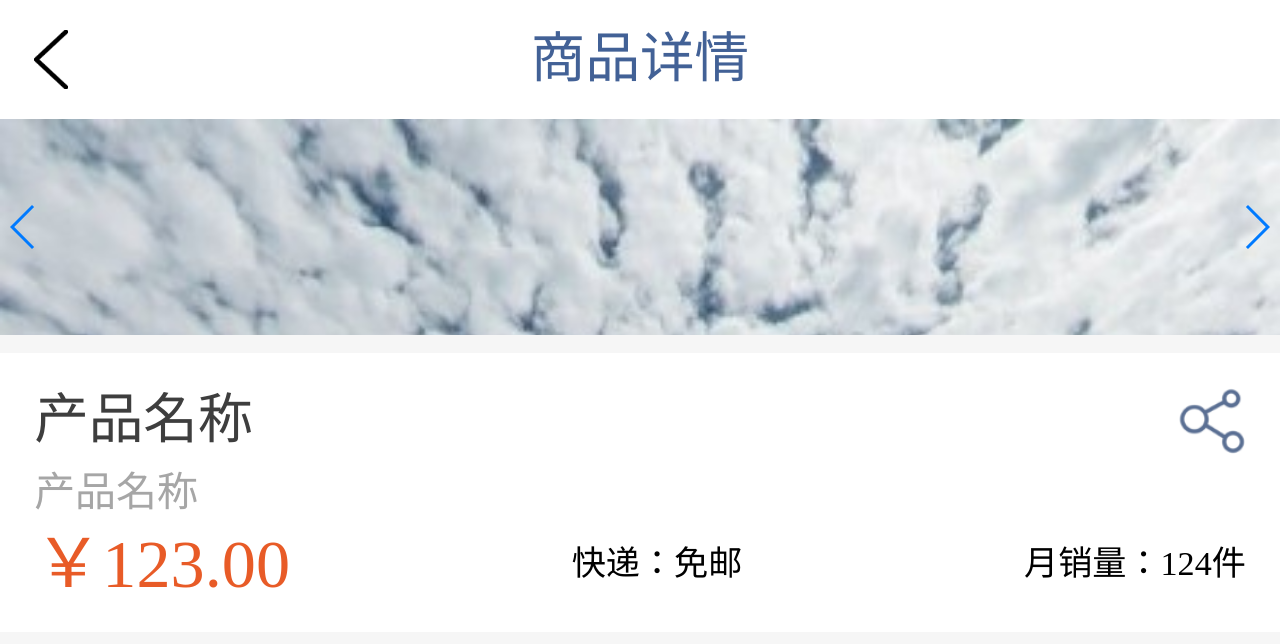
Repository: 421538074/sell
Page: consumer/goods-detail.html
The author's editor kept a copy of each file at every save. The page is drawn from the files as they stood at one save, then again after the next save.
The browser window is 1280 px wide. The pictures show the whole page.

Above is the page before, as saved 2019-05-30 10:39:47.

### consumer/goods-detail.html
<!DOCTYPE html>
<html lang="en">

<head>
    <meta charset="UTF-8">
    <meta name="viewport" content="width=device-width, initial-scale=1.0">
    <meta http-equiv="X-UA-Compatible" content="ie=edge">
    <title>商品详情</title>
    <link rel="stylesheet" href="../css/base.css">
    <link rel="stylesheet" href="css/common.css">
    <link rel="stylesheet" href="../css/swiper.min.css">
    <link rel="stylesheet" href="css/goods-detail.css">
</head>

<body>
    <div id="app" class="content">
        <nav class="nav-bar-wrapper">
            <img src="../img/back.png" class="back-icon">
            <p class="nav-bar-title">商品详情</p>
        </nav>
        <div class="goods-pictures-wrapper">
            <div class="swiper-container ">
                <div class="swiper-wrapper">
                    <div class="swiper-slide" v-for="item in 5">
                        <img src="../img/1.jpg" class="slide-img" alt="">
                    </div>
                </div>
                <div class="swiper-button-next"></div>
                <div class="swiper-button-prev"></div>
            </div>
        </div>
        <div class="goods-detail-wrapper">
            <p class="main-title-wrapper">
                <span class="goods-title">产品名称</span>
                <img src="../img/share-icon.png" class="share-action-icon">
            </p>
            <p class="goods-title-desc">产品名称</p>
            <div class="goods-price-delivery">
                <p class="goods-price">￥123.00</p>
                <p class="delivery-fee">快递：免邮</p>
                <p class="sell-counts-month">月销量：124件</p>
            </div>
        </div>
    </div>
    <script src="../js/api.js"></script>
    <script src="../js/vue.js"></script>
    <script src="../js/swiper.min.js"></script>
    <script src="js/vue-mixin.js"></script>
    <script src="js/goods-detail.js"></script>
</body>

</html>

### css/base.css
/* http://meyerweb.com/eric/tools/css/reset/
   v2.0 | 20110126
   License: none (public domain)
*/

html,
body,
div,
span,
applet,
object,
iframe,
h1,
h2,
h3,
h4,
h5,
h6,
p,
blockquote,
pre,
a,
abbr,
acronym,
address,
big,
cite,
code,
del,
dfn,
em,
img,
ins,
kbd,
q,
s,
samp,
small,
strike,
strong,
sub,
sup,
tt,
var,
b,
u,
i,
center,
dl,
dt,
dd,
ol,
ul,
li,
fieldset,
form,
label,
legend,
table,
caption,
tbody,
tfoot,
thead,
tr,
th,
td,
article,
aside,
canvas,
details,
embed,
figure,
figcaption,
footer,
header,
hgroup,
menu,
nav,
output,
ruby,
section,
summary,
time,
mark,
audio,
video {
    margin: 0;
    padding: 0;
    border: 0;
    font-size: 100%;
    font: inherit;
    vertical-align: baseline;
}

/* HTML5 display-role reset for older browsers */
article,
aside,
details,
figcaption,
figure,
footer,
header,
hgroup,
menu,
nav,
section {
    display: block;
}

body {
    line-height: 1;
}

ol,
ul {
    list-style: none;
}

blockquote,
q {
    quotes: none;
}

blockquote:before,
blockquote:after,
q:before,
q:after {
    content: '';
    content: none;
}

table {
    border-collapse: collapse;
    border-spacing: 0;
}


body,
html {
    font-size: calc(100vw / 37.5);
    font-family: PingFangSC-Medium;
    background: #F2F2F2;
}


[v-cloak] {
    display: none;
}


hr {
    margin: 0;
    padding: 0;
}

.clearfix {
    zoom: 1;
}

.clearfix:after {
    content: ".";
    display: block;
    visibility: hidden;
    height: 0;
    clear: both;
}

[v-cloak] {
    display: none;
}

### consumer/css/common.css
*{
    box-sizing: border-box;
}
html,body{
    background: #f6f6f6;
}
html,body,div.content{
    height: 100%;
}
/*底部菜单栏*/
nav.tool-bar-wrapper {
    height: 3rem;
    background: #ffffff;
    display: flex;
    align-items: center;
    justify-content: space-around;
}
a.nav-item {
    color: #888888;
    text-decoration: none;
    font-size: 1.5rem;
    display: flex;
    flex-direction: column;
    align-items: center;
    justify-content: space-around;
    height: 90%;
}
a.nav-item.active{
    color: #0093FF;
}
img.nav-item-icon{
    width: 1.5rem;
    height: 1.5rem;
}
.ellipsis{
    overflow: hidden;
    white-space: nowrap;
    text-overflow: ellipsis;
}
/*顶部返回栏 */
nav.nav-bar-wrapper {
    background: #FFFFFF;
    height: 3.5rem;
    display: flex;
    align-items: center;
    justify-content: space-around;
    position: relative;
    font-size: 1.6rem;
    color: #426196;
}
img.back-icon {
    position: absolute;
    width: 1rem;
    left: 1rem;
}

### consumer/css/goods-detail.css
.goods-pictures-wrapper ,.swiper-container{
    max-height: 30vh;
    overflow: hidden;
}
img.slide-img{
    width: 100%;
    height: 100%;
}
.swiper-button-next, .swiper-button-prev,
.swiper-button-prev, .swiper-container-rtl .swiper-button-next{
    outline: 0;
}
.goods-detail-wrapper {
    margin-top: 0.5rem;
    background: #ffffff;
    padding: 1rem;
}
p.main-title-wrapper {
    color: #3E3E3E;
    font-size: 1.6rem;
    display: flex;
    align-items: center;
    justify-content: space-between;
}
img.share-action-icon {
    width: 2rem;
}
p.goods-title-desc {
    font-size: 1.2rem;
    color: #A6A6A6;
    padding: 0.5rem 0;
}
.goods-price-delivery {
    display: flex;
    align-items: center;
    justify-content: space-between;
}
p.goods-price {
    color: #E85B27;
    font-size: 2rem;
}

### js/api.js



// window.warn = {
//     alert: function alert(msg) {
//         var template = `
// `
//         $('body').append(template);
//         $('.alert-body').animate({
//             top: "40px"
//         }, 200);
//         // setTimeout(function () {
//         //     warn.close();
//         // }, 1500);
//     },
//     close: function close() {
//         $('.alert-body').animate({
//             top: "-280px"
//         }, 200);
//         setTimeout(function () {
//             $('#alert-msg').remove();
//         }, 200);
//     }
// };

### consumer/js/vue-mixin.js
Vue.mixin({
    methods: {
        /**
         * 返回
         */
        back() {
            history.go(-1);
        },
        /**
         * 限制长度
         * @param {String} 要限制长度的字段
         * @param {Number} 长度
         */
        limitLength(key, length) {
            this[key] = this[key].substring(0, length);
        },
        /**
         * 验证11位手机号
         * @param {Number} phone
         */
        validatePhone(phone) {
            const phoneReg = /^[1-9][0-9]{9}[0-9]$/;
            return phoneReg.test(phone);
        },
        /**
         * 发送手机验证码
         * @param {Number} waitTimeKey 等待时间键名
         * @param {String} tipsKey 发送验证码显示的信息的键名
         * @param {String} phoneKey 手机号键名
         * @param {String} reSendMsg  按钮默认显示的文字
         */
        sendCode(waitTimeKey, tipsKey, phoneKey, defaultMsg) {
            if (!this.validatePhone(this[phoneKey])) {
                alert('无效手机号!');
                return;
            }
            if (this[waitTimeKey] == 60) {
                $.post('', {
                        phone: this[phoneKey]
                    }, (res) => {
                        if (res.status == 1) {
                            const interval = setInterval(() => {
                                if (this[waitTimeKey] == 1) {
                                    this[waitTimeKey] = 60;
                                    this[tipsKey] = defaultMsg;
                                    clearInterval(interval);
                                    return;
                                }
                                this[waitTimeKey] -= 1;
                                this[tipsKey] = `${this[waitTimeKey]}s`;
                            }, 1000);
                        } else {
                            alert('发送失败!');
                        }
                    }, 'json')
                    .fail(err => {
                        alert('服务器异常!');
                    });
            }
        },
        /**
         * 链接跳转
         * @param {String} url
         */
        linkTo(url) {
            window.location.href = url;
        }
    },
    filters: {

    }
})

### consumer/js/goods-detail.js
new Vue({
    el: '#app',
    data() {
        return {

        }
    },
    methods: {
        initSwiper() {
            new Swiper('.swiper-container', {
                slidesPerView: 1,
                spaceBetween: 30,
                loop: true,
                autoplay:true,
                navigation: {
                    nextEl: '.swiper-button-next',
                    prevEl: '.swiper-button-prev',
                },
            });
        }
    },
    mounted() {
        this.$nextTick(() => {
            this.initSwiper();
        });
    },
});

Loaded but not shown: css/swiper.min.css (library); js/vue.js (library); js/swiper.min.js (library)

After the next save:
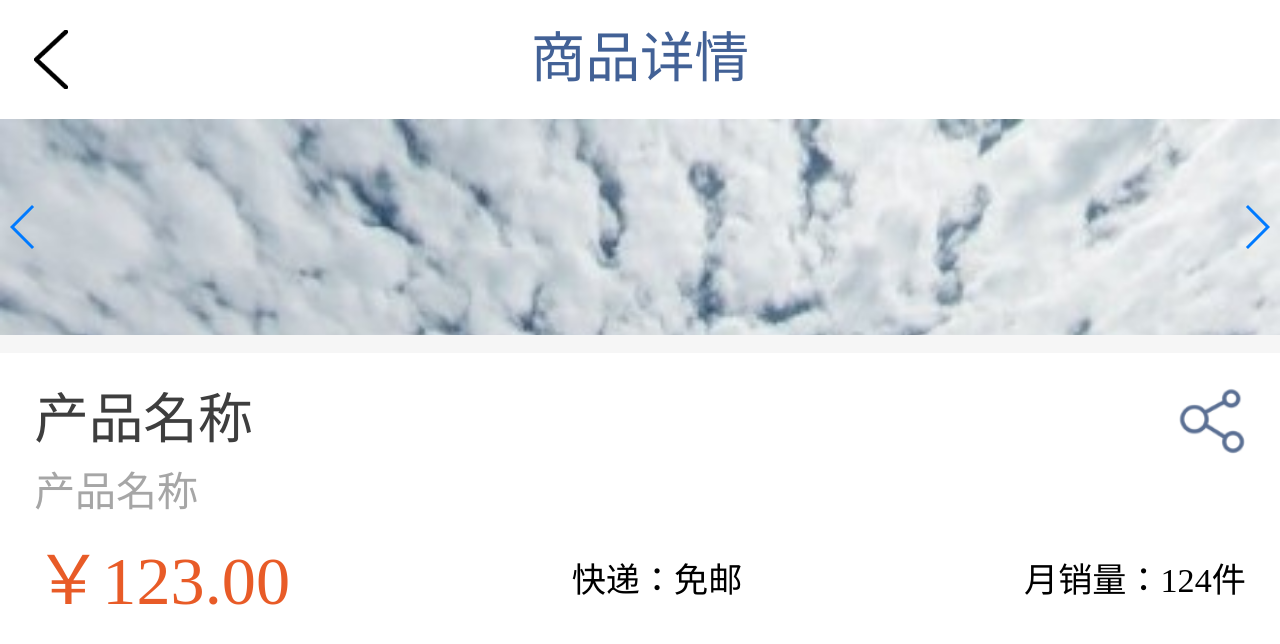
Saved 20 s later.
--- a/consumer/css/goods-detail.css
+++ b/consumer/css/goods-detail.css
@@ -34,6 +34,7 @@ p.goods-title-desc {
     display: flex;
     align-items: center;
     justify-content: space-between;
+    padding: 0.5rem 0;
 }
 p.goods-price {
     color: #E85B27;
